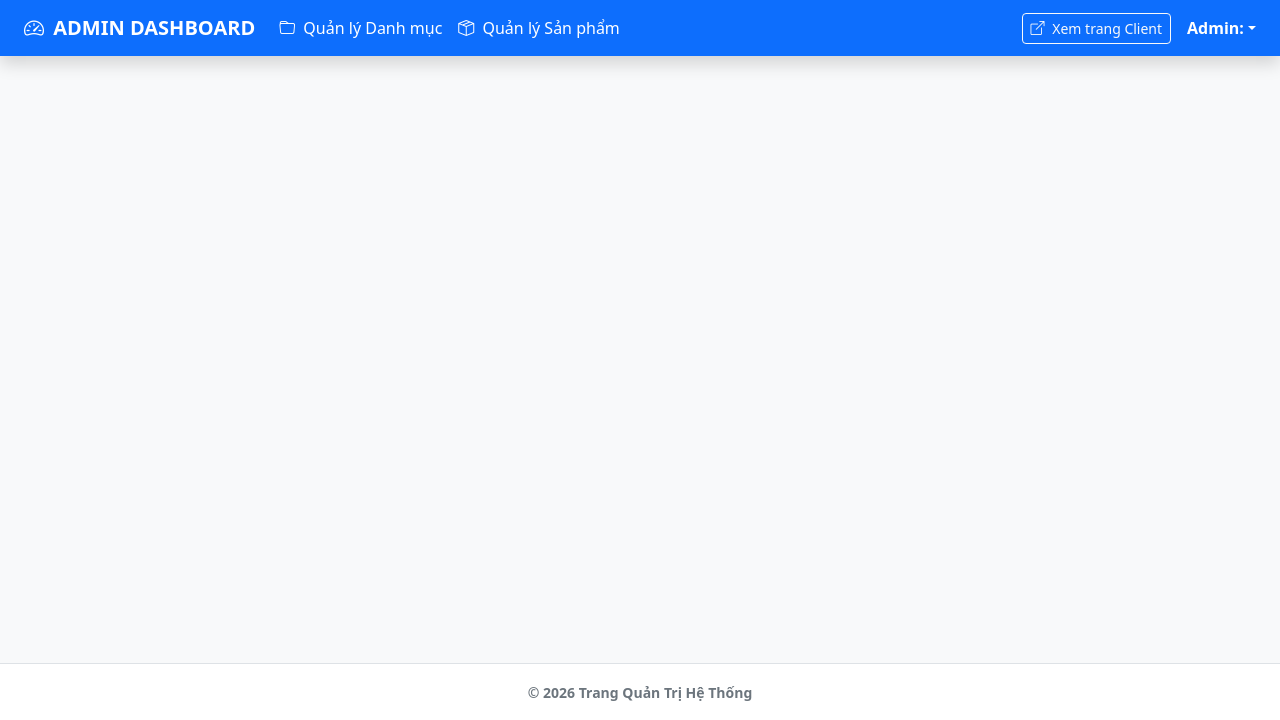
Repository: tanguyenhuy/LapTrinhWeb_BT4
Page: http://localhost/bt1/WEB-INF/decorators/admin.jsp
These files come from the project's save history. The page is drawn as it stood at one moment and after the next save; the edit follows.
The browser window is 1280 px wide. The pictures show the whole page.
The page is served by Tomcat 10. Nobody is signed in. Other server files are loaded and not shown. The template is opened directly, without the code that normally fills it, so the values that code supplies are empty.

Above is the page before, as saved 2026-09-04 01:54:06.

### bt1/src/main/webapp/WEB-INF/decorators/admin.jsp
<%@ page language="java" contentType="text/html; charset=UTF-8" pageEncoding="UTF-8"%>
<%@ taglib prefix="c" uri="jakarta.tags.core" %>
<!DOCTYPE html>
<html lang="vi">
<head>
    <meta charset="UTF-8">
    <meta name="viewport" content="width=device-width, initial-scale=1.0">
    <title><sitemesh:write property="title"/></title>

    <!-- Bootstrap 5 CSS & Bootstrap Icons -->
    <link href="https://cdn.jsdelivr.net/npm/bootstrap@5.3.3/dist/css/bootstrap.min.css" rel="stylesheet">
    <link rel="stylesheet" href="https://cdn.jsdelivr.net/npm/bootstrap-icons@1.11.3/font/bootstrap-icons.min.css">
</head>
<body class="d-flex flex-column min-vh-100 bg-light">

    <!-- Header dùng chung cho Admin -->
    <%@ include file="/common/admin/header.jsp" %>

    <!-- Nội dung riêng của từng chức năng CRUD (Product, Category...) -->
    <main class="container-fluid px-4 my-4 flex-grow-1">
        <sitemesh:write property="body"/>
    </main>

    <!-- Footer dùng chung cho Admin -->
    <%@ include file="/common/admin/footer.jsp" %>

    <!-- Bootstrap 5 JS Bundle -->
    <script src="https://cdn.jsdelivr.net/npm/bootstrap@5.3.3/dist/js/bootstrap.bundle.min.js"></script>
</body>
</html>

### bt1/src/main/webapp/common/admin/header.jsp
<%@ page language="java" contentType="text/html; charset=UTF-8" pageEncoding="UTF-8"%>
<%@ taglib uri="jakarta.tags.core" prefix="c" %>

<nav class="navbar navbar-expand-lg navbar-dark bg-primary sticky-top shadow">
    <div class="container-fluid px-4">
        <a class="navbar-brand fw-bold" href="${pageContext.request.contextPath}/admin/products">
            <i class="bi bi-speedometer2 me-1"></i> ADMIN DASHBOARD
        </a>
        <button class="navbar-toggler" type="button" data-bs-toggle="collapse" data-bs-target="#adminNavbar">
            <span class="navbar-toggler-icon"></span>
        </button>

        <div class="collapse navbar-collapse" id="adminNavbar">
            <ul class="navbar-nav me-auto mb-2 mb-lg-0">
                <li class="nav-item">
                    <a class="nav-link text-white" href="${pageContext.request.contextPath}/admin/categories">
                        <i class="bi bi-folder me-1"></i> Quản lý Danh mục
                    </a>
                </li>
                <li class="nav-item">
                    <a class="nav-link text-white" href="${pageContext.request.contextPath}/admin/products">
                        <i class="bi bi-box-seam me-1"></i> Quản lý Sản phẩm
                    </a>
                </li>
            </ul>

            <div class="d-flex align-items-center gap-3">
                <a href="${pageContext.request.contextPath}/home" class="btn btn-outline-light btn-sm" target="_blank">
                    <i class="bi bi-box-arrow-up-right me-1"></i> Xem trang Client
                </a>

                <div class="dropdown">
                    <a href="#" class="d-flex align-items-center text-white text-decoration-none dropdown-toggle" data-bs-toggle="dropdown">
                        <span class="fw-semibold">Admin: ${sessionScope.account.fullname}</span>
                    </a>
                    <ul class="dropdown-menu dropdown-menu-end shadow">
                        <li><a class="dropdown-item" href="${pageContext.request.contextPath}/home/profile"><i class="bi bi-person me-2"></i>Hồ sơ</a></li>
                        <li><hr class="dropdown-divider"></li>
                        <li><a class="dropdown-item text-danger" href="${pageContext.request.contextPath}/logout"><i class="bi bi-box-arrow-right me-2"></i>Đăng xuất</a></li>
                    </ul>
                </div>
            </div>
        </div>
    </div>
</nav>

### bt1/src/main/webapp/common/admin/footer.jsp
<%@ page language="java" contentType="text/html; charset=UTF-8" pageEncoding="UTF-8"%>

<footer class="bg-white text-secondary py-3 mt-auto border-top text-center">
    <div class="container-fluid">
        <small class="fw-semibold">&copy; 2026 Trang Quản Trị Hệ Thống</small>
    </div>
</footer>

After the next save:
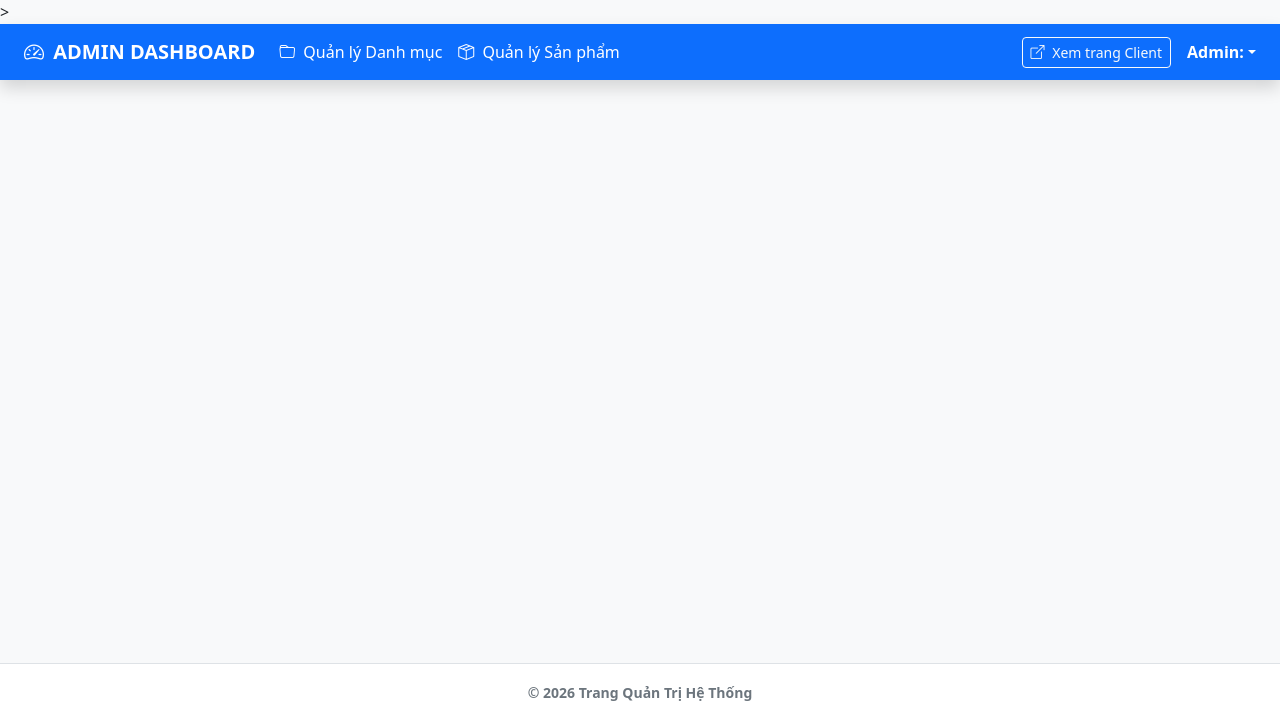
Saved 14 s later.
--- a/bt1/src/main/webapp/WEB-INF/decorators/admin.jsp
+++ b/bt1/src/main/webapp/WEB-INF/decorators/admin.jsp
@@ -6,25 +6,20 @@
     <meta charset="UTF-8">
     <meta name="viewport" content="width=device-width, initial-scale=1.0">
     <title><sitemesh:write property="title"/></title>
-
-    <!-- Bootstrap 5 CSS & Bootstrap Icons -->
+>
     <link href="https://cdn.jsdelivr.net/npm/bootstrap@5.3.3/dist/css/bootstrap.min.css" rel="stylesheet">
     <link rel="stylesheet" href="https://cdn.jsdelivr.net/npm/bootstrap-icons@1.11.3/font/bootstrap-icons.min.css">
 </head>
 <body class="d-flex flex-column min-vh-100 bg-light">
 
-    <!-- Header dùng chung cho Admin -->
     <%@ include file="/common/admin/header.jsp" %>
 
-    <!-- Nội dung riêng của từng chức năng CRUD (Product, Category...) -->
     <main class="container-fluid px-4 my-4 flex-grow-1">
         <sitemesh:write property="body"/>
     </main>
 
-    <!-- Footer dùng chung cho Admin -->
     <%@ include file="/common/admin/footer.jsp" %>
 
-    <!-- Bootstrap 5 JS Bundle -->
     <script src="https://cdn.jsdelivr.net/npm/bootstrap@5.3.3/dist/js/bootstrap.bundle.min.js"></script>
 </body>
 </html>
